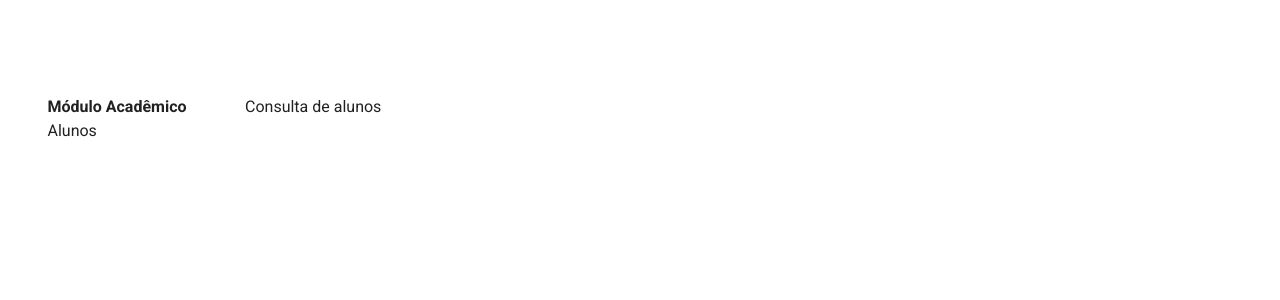
Repository: sergiohidekiono/vue-student
Page: /
These files come from the project's save history. The page is drawn as it stood at one moment and after a run of saves; the edit follows.
The browser window is 1280 px wide. The pictures show the whole page.
The project was rebuilt for these pictures with package versions that can differ from the ones it lists, and the page was loaded fresh each time. Also part of the build but not shown: vue.config.js.

Above is the page before, as saved 2024-08-07 09:26:31.

### src/App.vue
<template>
  <v-app>
    <v-main class="wrapper">
      <StudentList class="wrapper" />
    </v-main>
  </v-app>
</template>

<script>
import StudentList from './components/student-list';

export default {
  name: 'App',

  components: {
    StudentList,
  },

  data: () => ({
    //
  }),
};
</script>

<style>
.wrapper {
  width: 100vw;
  height: 100vh;
  margin: 0;
}
</style>

### src/components/student-list.vue
<template>
    <v-container>
        <v-row>
            <div class="d-flex align-start">
                <v-img :src="require('../assets/logo.png')" class="my-3" />
            </div>
        </v-row>
        <v-row>
            <v-col cols="2">
                <v-row>
                    <h4>Módulo Acadêmico</h4>
                </v-row>
                <v-row>
                    <span>Alunos</span>
                </v-row>

            </v-col>
            <v-col cols="10">
                <v-row cols="12" class="d-flex  align-center">
                    <span>Consulta de alunos</span>
                </v-row>
            </v-col>
        </v-row>
    </v-container>
</template>
<script>
</script>

Loaded but not shown: public/index.html (common file); src/main.js (common file); src/plugins/vuetify.js (common file)

After the next 2 saves:
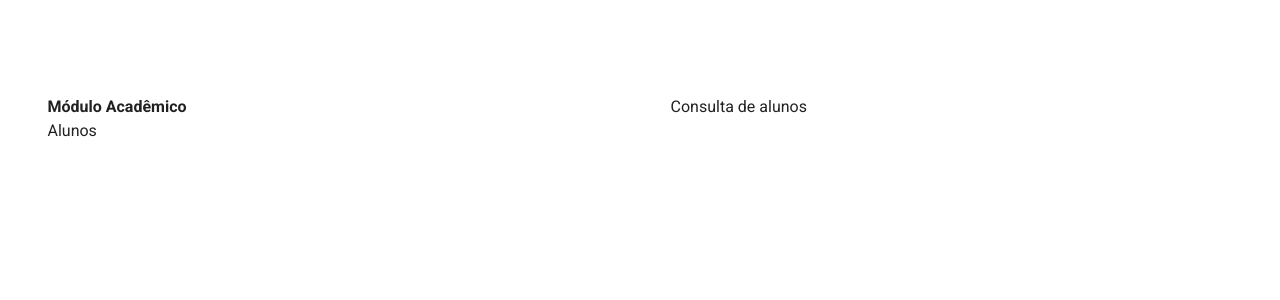
The 2 saves are shown as one change because they came seconds apart.
The last was saved 11 s later.
--- a/src/components/student-list.vue
+++ b/src/components/student-list.vue
@@ -16,7 +16,7 @@
 
             </v-col>
             <v-col cols="10">
-                <v-row cols="12" class="d-flex  align-center">
+                <v-row cols="12" class="d-flex justify-center">
                     <span>Consulta de alunos</span>
                 </v-row>
             </v-col>
